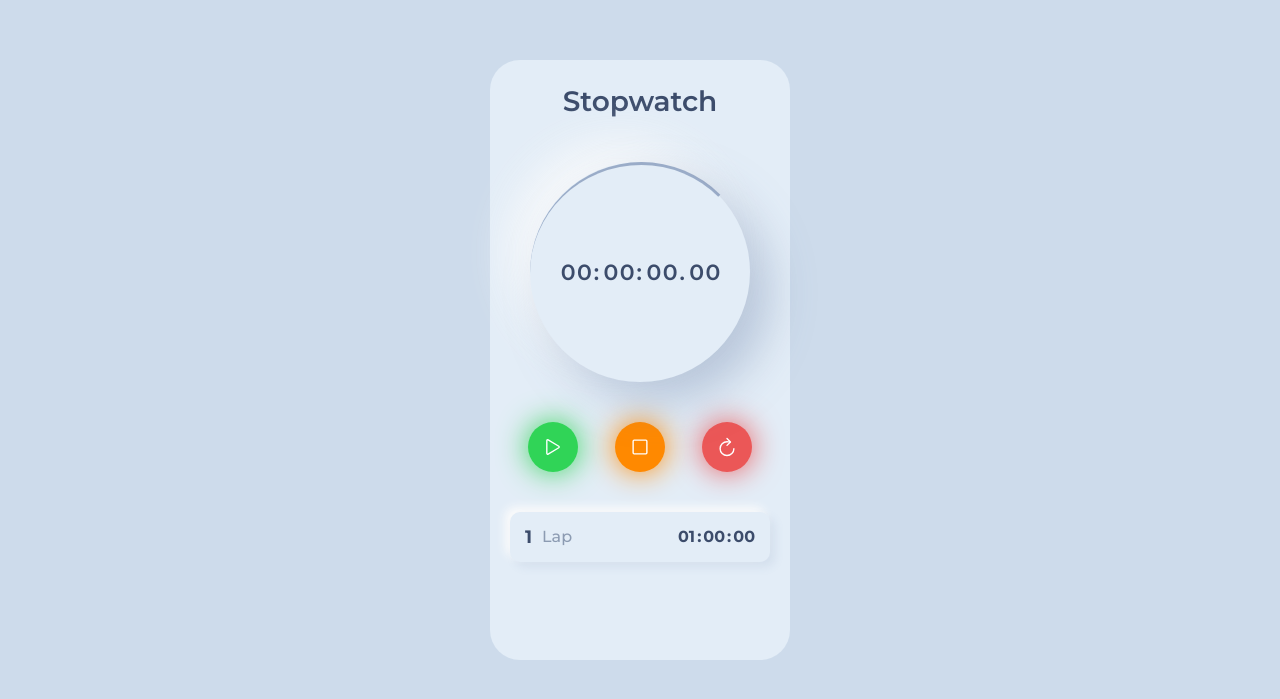
Repository: dinhtri123/stopwatch
Page: index.html
These files come from the project's save history. The page is drawn as it stood at one moment and after the next save; the edit follows.
The browser window is 1280 px wide. The pictures show the whole page.

Above is the page before, as saved 2023-01-05 09:51:13.

After the next save:
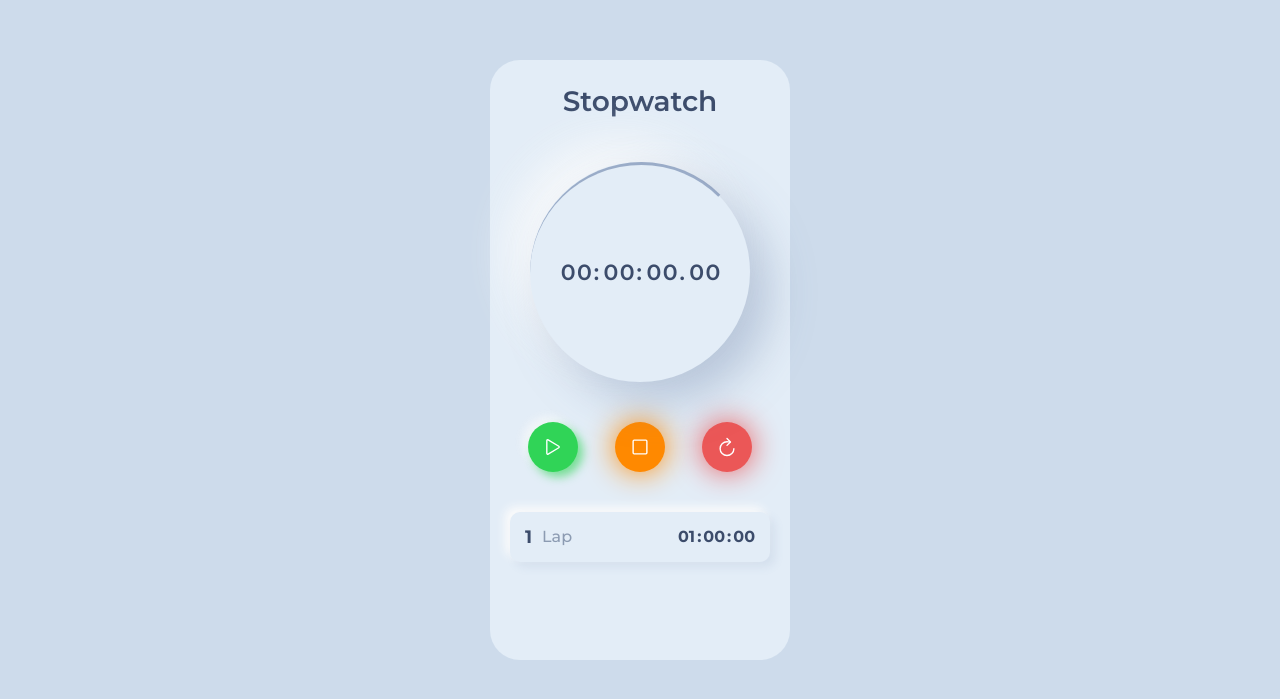
Saved 9 s later.
--- a/style.css
+++ b/style.css
@@ -95,8 +95,8 @@ button {
 }
 .btn-start {
   background: #30d457;
-  /* box-shadow: 5px 5px 10px #30d4569d, -5px -5px 10px #fbfbfbb6; */
-  box-shadow: 0px 0px 30px #30d456fd;
+  box-shadow: 5px 5px 10px #30d4569d, -5px -5px 10px #fbfbfbb6;
+  /* box-shadow: 0px 0px 30px #30d456fd; */
 }
 .btn-stop {
   background: #ff8900;
